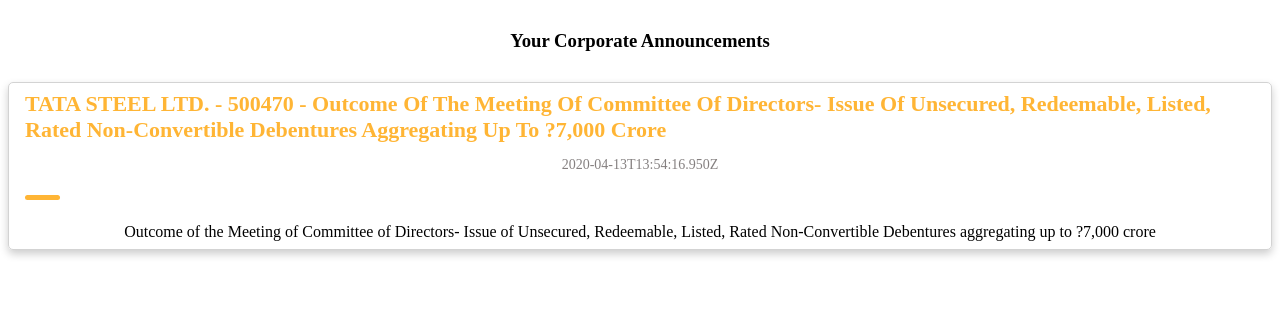
Repository: bhumikagohil/announcements
Page: card1.html
An editor plug-in stored every save of this project. The page is shown before and after the next save, followed by the edit.
The browser window is 1280 px wide. The pictures show the whole page.
The page's requests for data from a server got no answer.

Above is the page before, as saved 2021-05-10 12:45:32.

### card1.html
<!DOCTYPE html>
<html>

<head>
    <meta name="viewport" content="width=device-width, initial-scale=1">
    <link rel="stylesheet" type="text/css" href="card1.css" />
</head>

<body>
    <div class="header-container">
        <h3 class="heading">Your Corporate Announcements</h3>
    </div>

    <div class="cards-container">
        <div class="card">
            <h5 class="title"> TATA STEEL LTD. - 500470 - Outcome Of The Meeting Of Committee Of Directors- Issue Of
                Unsecured, Redeemable, Listed, Rated
                Non-Convertible Debentures Aggregating Up To ?7,000 Crore</h5>
            <p class="time">2020-04-13T13:54:16.950Z</p>
            <hr />
            <div class="summary">
                Outcome of the Meeting of Committee of Directors- Issue of Unsecured, Redeemable, Listed, Rated
                Non-Convertible Debentures aggregating up to ?7,000 crore
            </div>
        </div>
    </div>


</body>
<script>

    const endpoint = "https://picsum.photos/v2/list";

    fetch(endpoint)
        .then(function (response) {
            return response.json();
        })
        .then(function (data) {
            const newCard = data.map(item => {
                return `
                <div class="card">
                    <h5 class="title">
                        ${item.author}
                    </h5>
                    <p class="time">
                        ${item.width}
                    </p>
                    <hr/>
                    <div class="summary">
                        ${item.url}
                    </div>
                </div>
                `
            })

            // document.querySelector(".cards-container").insertAdjacentHTML("afterbegin", newCard);
        })
        .catch(function (err) {
            console.log('error: ' + err);
        });

</script>


</html>

### card1.css
.header-container {
  width: 80%;
  margin: 30px auto;
}

.heading {
  text-align: center;
}

.cards-container {
  width: 100%;
}

.card {
  position: relative;
  display: flex;
  flex-direction: column;
  align-items: center;
  justify-content: space-between;
  padding: 0.5rem 1rem;
  box-shadow: 0 4px 8px 0 rgba(0, 0, 0, 0.2);
  border: 1px solid #d3d3d3;
  border-radius: 5px;
  margin: 7px auto;
  margin-bottom: 10px;
}

.title {
  font-weight: bolder;
  font-size: 22px;
  margin-block: 0;
  color: #ffb535;
}

hr {
  content: "";
  height: 5px;
  background: #ffb535;
  width: 35px;
  border-radius: 3px;
  margin-left: 0;
  border: none;
}

.time {
  font-size: 14px;
  color: #858080;
}

.summary {
  overflow-x: auto;
  margin-top: 15px;
}

After the next save:
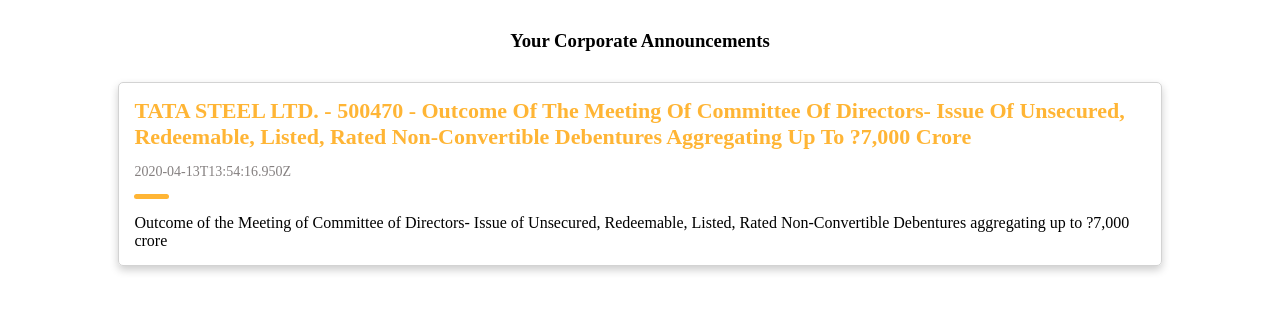
Saved 40 s later.
--- a/card1.css
+++ b/card1.css
@@ -12,16 +12,12 @@
 }
 
 .card {
-  position: relative;
-  display: flex;
-  flex-direction: column;
-  align-items: center;
-  justify-content: space-between;
-  padding: 0.5rem 1rem;
-  box-shadow: 0 4px 8px 0 rgba(0, 0, 0, 0.2);
+  padding: 15px;
+  box-shadow: 0 4px 8px 0 rgb(0 0 0 / 20%);
+  width: 80%;
   border: 1px solid #d3d3d3;
   border-radius: 5px;
-  margin: 7px auto;
+  margin: auto;
   margin-bottom: 10px;
 }
 
